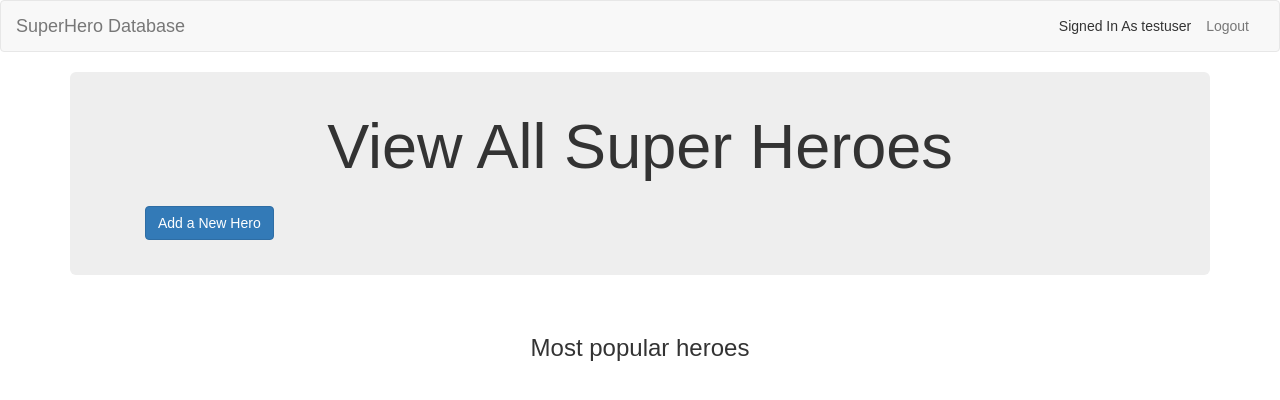
Repository: VincentChan5650/Hero-Database
Page: http://localhost/heroLists
The author's editor kept a record of every edit. The page is drawn from the files as they stood at one moment, then again after the next edit.
The browser window is 1280 px wide. The pictures show the whole page.
Some web fonts or font styles are not loaded; a fallback is used. The page is served by the project's Node server (app.js). A made-up user is signed in: {"id": 1, "_id": "000000000000000000000001", "name": "Test User", "username": "testuser", "email": "test@example.com", "role": "admin"}. Other server files are loaded and not shown. Queries for data that is not in the repository find no rows.

Above is the page before.

### views/heroLists.ejs
<% include partials/header %>

<div class="container">
    <header class="jumbotron">
        <div class="container">
            <h1>View All Super Heroes</h1>
            <p>
                <a class="btn btn-primary btn-large" href="/heroLists/new">Add a New Hero</a>
            </p>
        </div>
    </header>

    <div class="row">
        <div class="col-lg-12">
            <h3>Most popular heroes</h3>
        </div>
    </div>
    <div class="row text-center">
        <% herodatabases.forEach(function(herodatabases){ %>
            <div class="col-md-3 col-sm-6">
                <div class="thumbnail">
                    <img src="<%= herodatabases.image %>">
                    <div class="caption">
                        <h4><%= herodatabases.name %></h4>
                    </div>
                    <p>
                        <a href="/heroLists/<%= herodatabases._id %>" class="btn btn-primary">More Info</a>
                    </p>
                </div>
            </div>
        <% });%>
    </div>
</div>
<% include partials/footer %>

### views/partials/header.ejs
<!DOCTYPE html>
<html>
    <head>
        <title>SuperHero Database</title>
        <link href="https://fonts.googleapis.com/css?family=Baloo" rel="stylesheet">
        <link rel="stylesheet" href="https://maxcdn.bootstrapcdn.com/bootstrap/3.3.7/css/bootstrap.min.css">
        <link rel="stylesheet" href="/stylesheets/main.css" type="text/css">
    </head>
    <body>
        <nav class="navbar navbar-default">
        <div class="container-fluid">
            <div class="navbar-header">
                <a class="navbar-brand" href="/">SuperHero Database</a>
            </div>
            <div class="collapse navbar-collapse">
                <ul class="nav navbar-nav navbar-right">

                    <% if(!currentuser){ %>

                    <li><a href="login/">Login</a></li>
                    <li><a href="/register">Sign Up</a></li>

                    <% } else{ %>
                    <li style="padding-top:15px;">Signed In As  <%= currentuser.username %></li>
                    <li><a href="/logout">Logout</a></li>
                    <% } %>

                </ul>
            </div>
        </div>
    </nav>

### app.js
//----------------CONFIGURATION---------------------------
var express             = require("express"),
        app             = express(),
        bodyParser      = require("body-parser"),
        LocalStrategy   = require("passport-local"),
        passport        = require("passport"),
        User            = require("./model/user"),
        mongoose        = require("mongoose");

//connect to db
mongoose.connect("mongodb://localhost/hero_database");
app.set("view engine", "ejs");
app.use(bodyParser.urlencoded({extended:true}));
app.use(require("express-session")({
    secret:"Wait For It",
    resave:false,
    saveUninitialized: false
}));

app.use(express.static(__dirname + '/public'));
app.use(passport.initialize());
app.use(passport.session());
passport.use(new LocalStrategy(User.authenticate()));
passport.serializeUser(User.serializeUser());
passport.deserializeUser(User.deserializeUser());

app.use(function(req, res, next){
    res.locals.currentuser = req.user;
    next();
})

//db SCHEMA SETUP
var heroDatabaseSchema = new mongoose.Schema({
   name: String,
   heroTitle: String,
   city:String,
   power:String,
   description: String,
   image:String
});

//collection name
var HeroDatabase = mongoose.model("Herodatabase", heroDatabaseSchema);


//------------ROUTES------------------
app.get("/", function(req, res){
    res.render("landing");
});

//Index route
app.get("/heroLists", isLoggedIn, function(req, res){
    //get all data (row) from db
    console.log(req.user)
    HeroDatabase.find({},function(err, herodatabases){
        if(err){
            console.log(err);
        }else{
            res.render("heroLists", {herodatabases:herodatabases, currentuser: req.user});
        }
    })
});

//New route
app.get("/heroLists/new", isLoggedIn, function(req, res){
   res.render("new.ejs");
});

//Create route
app.post("/heroLists", isLoggedIn, function(req,res){
    //gather date from /new
    var name = req.body.name;
    var heroTitle = req.body.heroTitle;
    var city = req.body.city;
    var power = req.body.power;
    var description = req.body.description;
    var image = req.body.image;
    //create a new campground object
    var newHero = {
        name: name,
        heroTitle:heroTitle,
        city: city,
        power: power,
        description: description,
        image: image
    }
    //create a new herodata and save to DB
    HeroDatabase.create(newHero, function(err, newlyCreated){
        if(err){
            console.log(err);
        }else{
            res.redirect("/heroLists")
        }
    })

});

//Show route
app.get("/heroLists/:id", isLoggedIn, function(req, res){
    //find the data by id which come from the index route
    HeroDatabase.findById(req.params.id, function(err, foundHero){
        if(err){
            console.log(err);
        }else{
            res.render("show", {hero:foundHero});
        }
    });
});

//Auth routes
app.get("/register", function(req, res){
    res.render("register");
});

app.post("/register", function(req, res){
    var newUser = new User({username: req.body.username});
    User.register(newUser, req.body.password, function(err, user){
        if(err){
            console.log(err);
            return res.render("register");
        }else{
            passport.authenticate("local")(req, res, function(){
                res.redirect("/heroLists");
            })
        }
    });
});

app.get("/login", function(req, res){
    res.render("login");
});
//log in with middleware
app.post("/login",passport.authenticate("local",
    {
        successRedirect:"/heroLists",
        failureRedirect:"/login"
        }), function(req, res){
    res.send("Work?");
})

app.get("/logout", function(req, res){
    req.logout();
    res.redirect("/");
});

function isLoggedIn(req, res, next){
    if(req.isAuthenticated()){
        return next();
    }
    res.redirect("/login");
}

//------------listen------------------
app.listen(process.env.PORT, process.env.IP, function(){
   console.log("The Hero Database Has Started!");
});

### public/stylesheets/main.css
*{
    padding:0;
    margin:0;
    font-family: 'Baloo', 'Arial', sans-serif;
}
h1{
    text-align: center;
    padding-bottom: 15px;
    font-weight: 200;
}

.row{
    padding: 10px;
    margin:0 auto;
    text-align: center;
}

.form-style{
    width:30%;
    margin:0 auto;
}
.jumbotron{
    padding-top:20px;
    padding-bottom:20px;
}

.hero-img{
    float:left;
}
.hero-info{
    float:right;
}

Loaded but not shown: views/partials/footer.ejs (common file)

After the next edit:
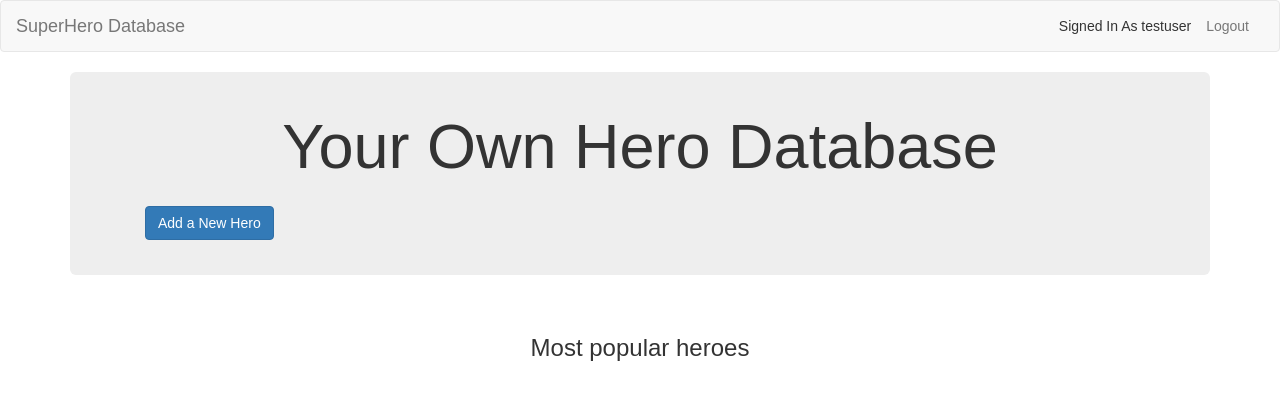
The edit:
--- a/views/heroLists.ejs
+++ b/views/heroLists.ejs
@@ -3,7 +3,7 @@
 <div class="container">
     <header class="jumbotron">
         <div class="container">
-            <h1>View All Super Heroes</h1>
+            <h1>Your Own Hero Database</h1>
             <p>
                 <a class="btn btn-primary btn-large" href="/heroLists/new">Add a New Hero</a>
             </p>
